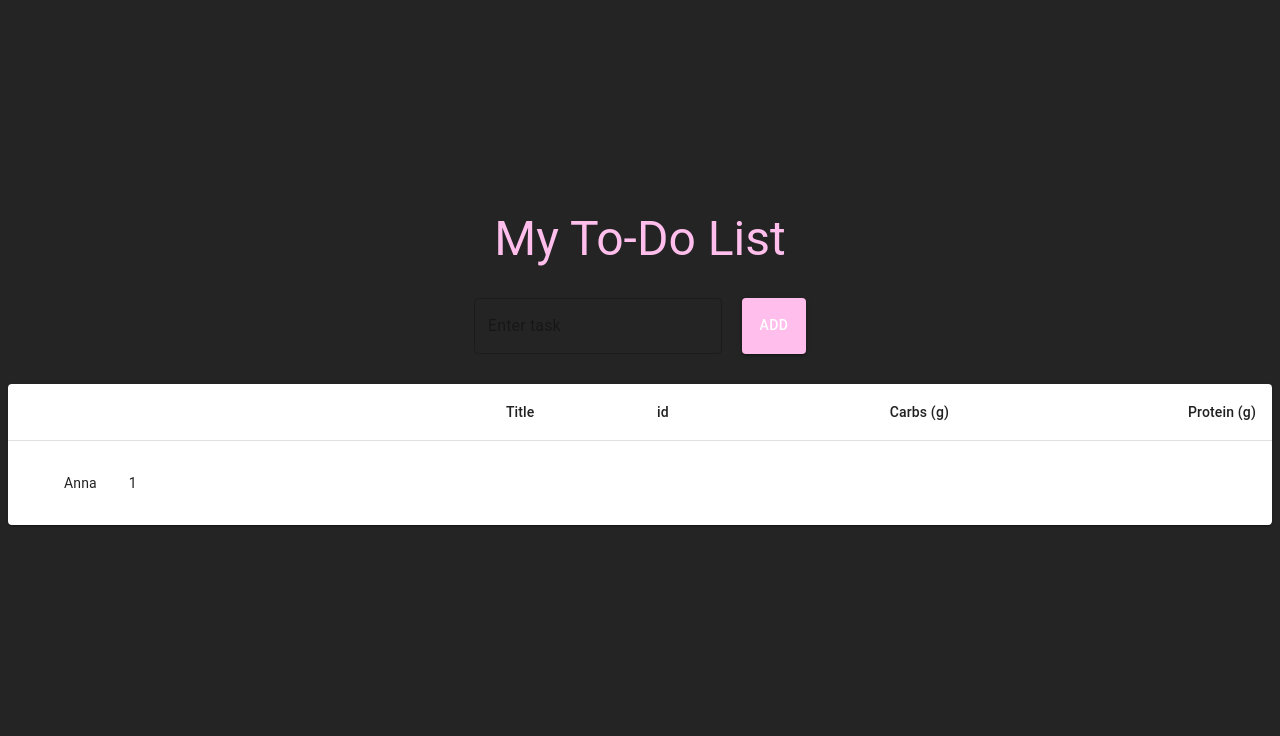
Repository: savannaaaas/ToDo_List
Page: /
An editor plug-in stored every save of this project. The page is shown before and after the next save, followed by the edit.
The browser window is 1280 px wide. The pictures show the whole page.
The project was rebuilt for these pictures with package versions that can differ from the ones it lists, and the page was loaded fresh each time. Also part of the build but not shown: vite.config.js.

Above is the page before, as saved 2025-08-09 01:01:45.

After the next save:
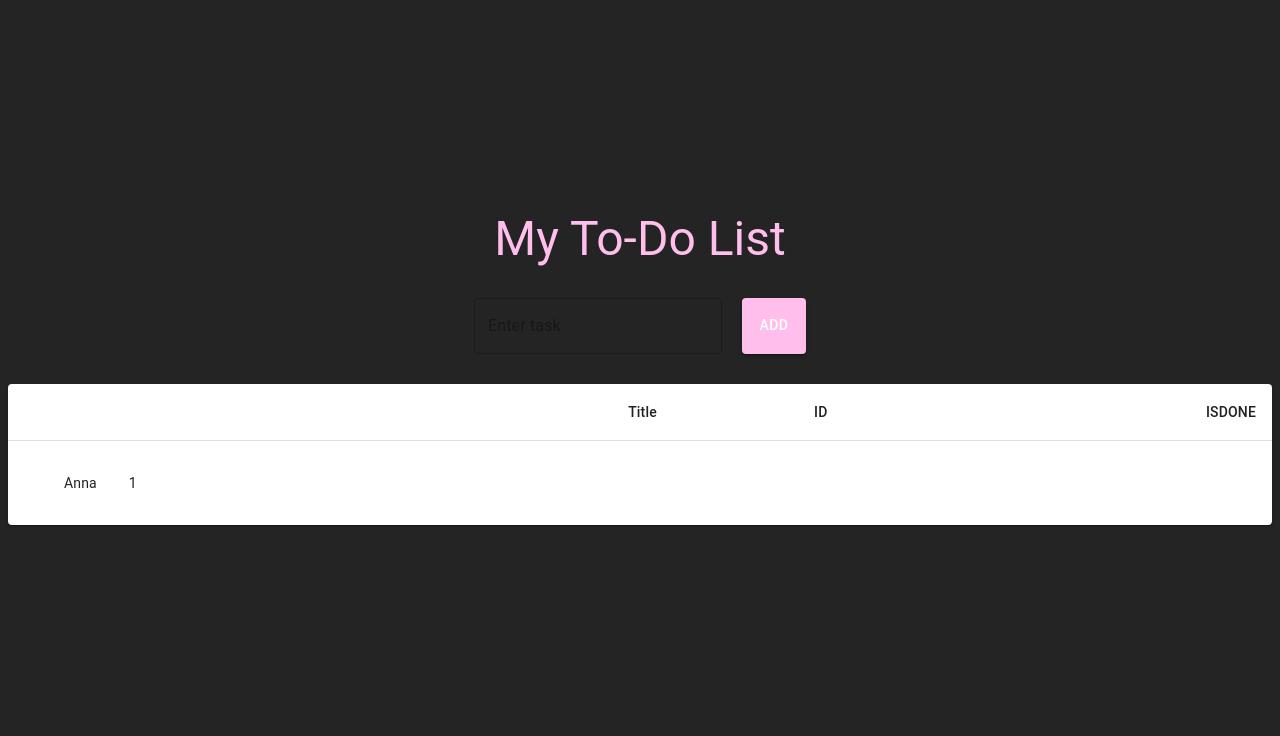
Saved 17 s later.
--- a/src/components/ShowTasks.jsx
+++ b/src/components/ShowTasks.jsx
@@ -17,9 +17,9 @@ export const ShowTasks = () => {
         <TableHead>
           <TableRow>
             <TableCell align="right">Title</TableCell>
-            <TableCell align="right">id</TableCell>
-            <TableCell align="right">Carbs&nbsp;(g)</TableCell>
-            <TableCell align="right">Protein&nbsp;(g)</TableCell>
+            <TableCell align="right">ID</TableCell>
+            <TableCell align="right"></TableCell>
+            <TableCell align="right">ISDONE</TableCell>
           </TableRow>
         </TableHead>
         <TableBody>
